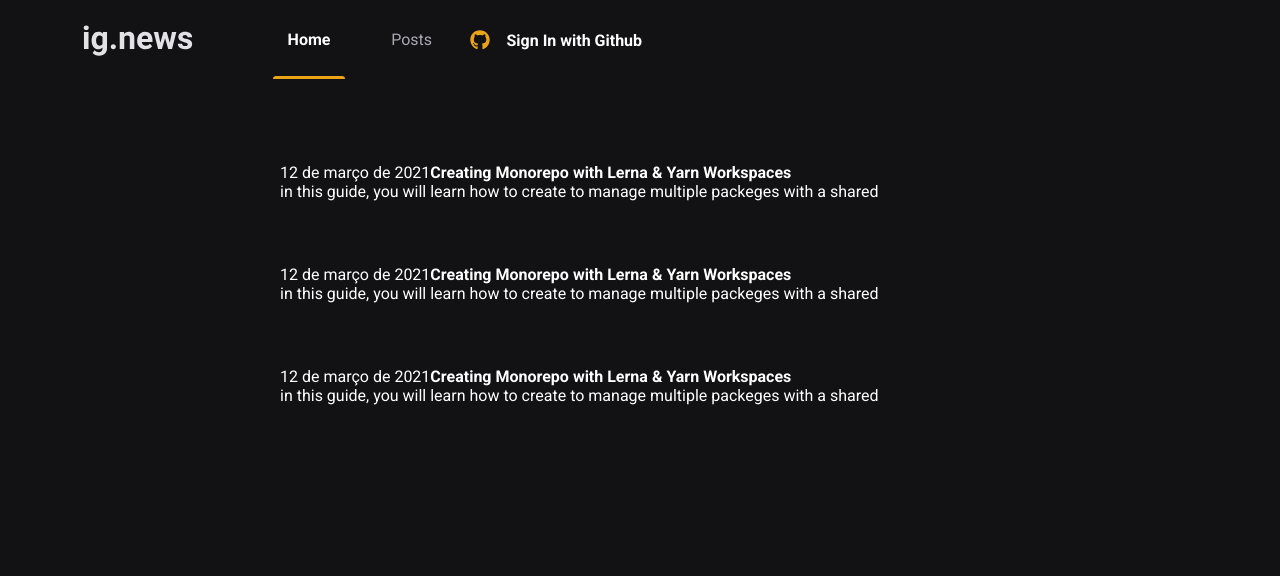
Repository: soualexandre/ignews
Page: /posts
An editor plug-in stored every save of this project. The page is shown before and after the next save, followed by the edit.
The browser window is 1280 px wide. The pictures show the whole page.
The page's requests for data from a server got no answer. The project was rebuilt for these pictures with package versions that can differ from the ones it lists, and the page was loaded fresh each time. The framework's server and built-in components were replaced by stand-ins that run in the browser. No one was signed in, and anything a server would have sent is missing.

Above is the page before, as saved 2021-07-30 09:07:24.

After the next save:
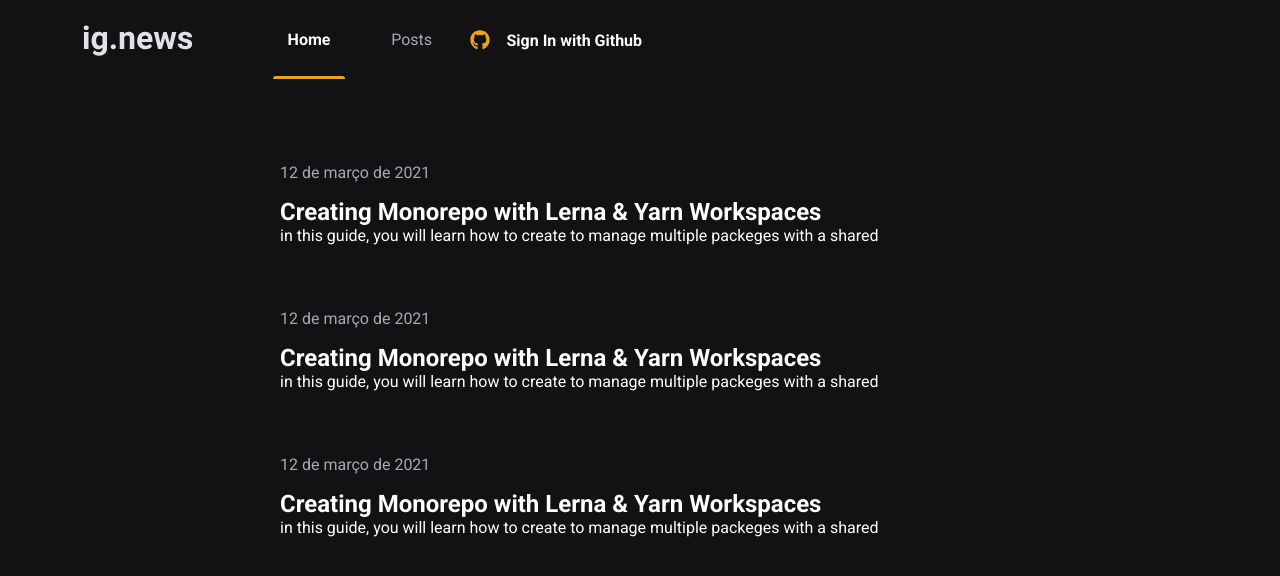
Saved 2 min 25 s later.
--- a/src/pages/posts/styles.module.scss
+++ b/src/pages/posts/styles.module.scss
@@ -16,5 +16,17 @@
             padding-top: 2rem;
             border-top: 1px solid var(--gray-700);
         }
+
+        time{
+            font-size: 1rem;
+            display: flex;
+            align-items: center;
+            color: var(--gray-300);
+        }
+        strong{
+            display: block;
+            font-size: 1.5rem;
+            margin-top: 1rem;
+        }
     }
 }
